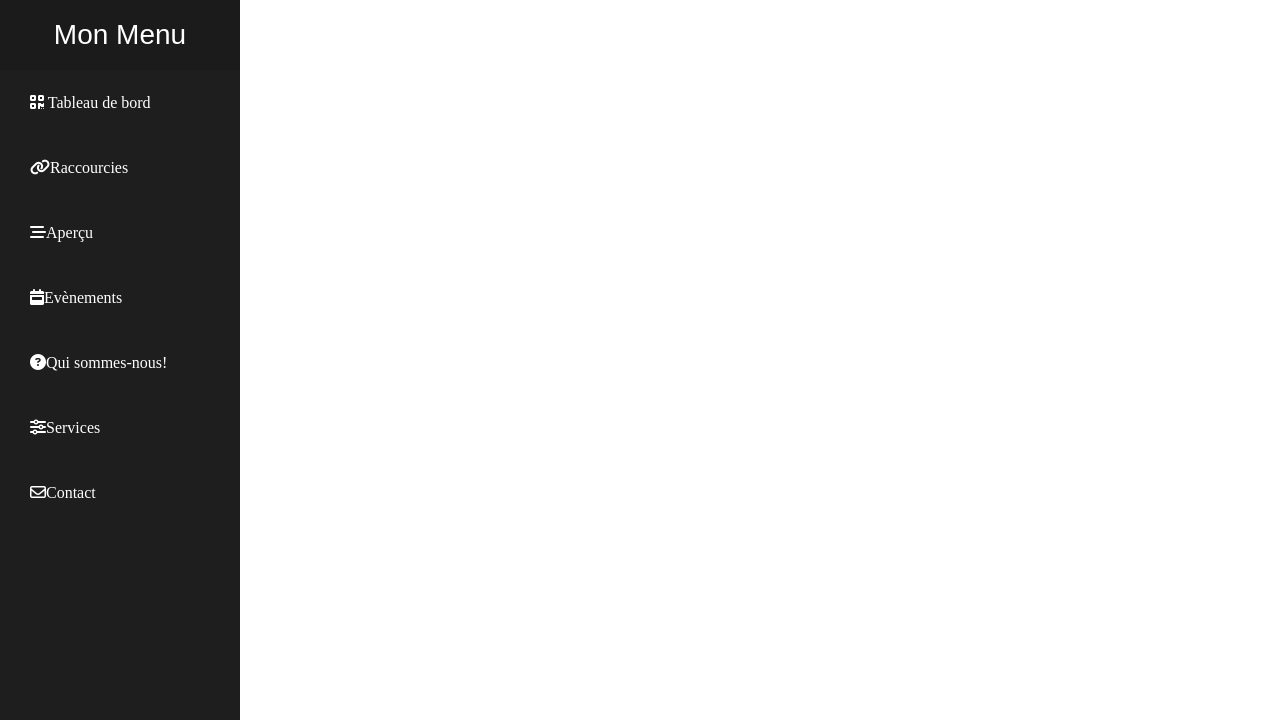
Repository: Alex-Serky/Dossier-Nav
Page: Nav-Responsive/index.html
The author's editor kept a copy of each file at every save. The page is drawn from the files as they stood at one save, then again after the next save.
The browser window is 1280 px wide. The pictures show the whole page.
Some web fonts or font styles are not loaded; a fallback is used. Some web libraries are served in a nearby version.

Above is the page before, as saved 2020-02-21 19:14:55.

### Nav-Responsive/index.html
<!DOCTYPE html>
<html lang="en">

<head>
    <meta charset="UTF-8">
    <meta name="viewport" content="width=device-width, initial-scale=1.0">
    <link rel="stylesheet" href="style.css">
    <script src="https://kit.fontawesome.com/a076d05399.js"></script>
    <title>Responsive Sidebar Menu</title>
</head>

<body>
    <div class="sidebar">
        <header>Mon Menu</header>
        <a href="#"><i class="fas fa-qrcode"></i>
            <span>Tableau de bord</span>
        </a>
        <a href="#"><i class="fas fa-link"></i><span>Raccourcies</span></a>
        <a href="#"><i class="fas fa-stream"></i><span>Aperçu</span></a>
        <a href="#"><i class="fas fa-calendar-week"></i><span>Evènements</span></a>
        <a href="#"><i class="fas fa-question-circle"></i><span>Qui sommes-nous!</span></a>
        <a href="#"><i class="fas fa-sliders-h"></i><span>Services</span></a>
        <a href="#"><i class="far fa-envelope"></i><span>Contact</span></a>
    </div>
</body>

</html>

### Nav-Responsive/style.css
@import url('https: //fonts.googleapis.com/css?family=Montserrat:600|Roboto:400');

* {
    margin: 0;
    padding: 0;
    text-decoration: none;
}

.sidebar {
    position: fixed;
    width: 240px;
    height: 100%;
    background: #1e1e1e;
}

.sidebar header {
    color: white;
    font-size: 28px;
    line-height: 70px;
    text-align: center;
    user-select: none;
    background: #1b1b1b;
    font-family: 'Montserrat', sans-serif;
}

.sidebar a {
    display: block;
    color: white;
    height: 65px;
    line-height: 65px;
    padding-left: 30px;
}

After the next save:
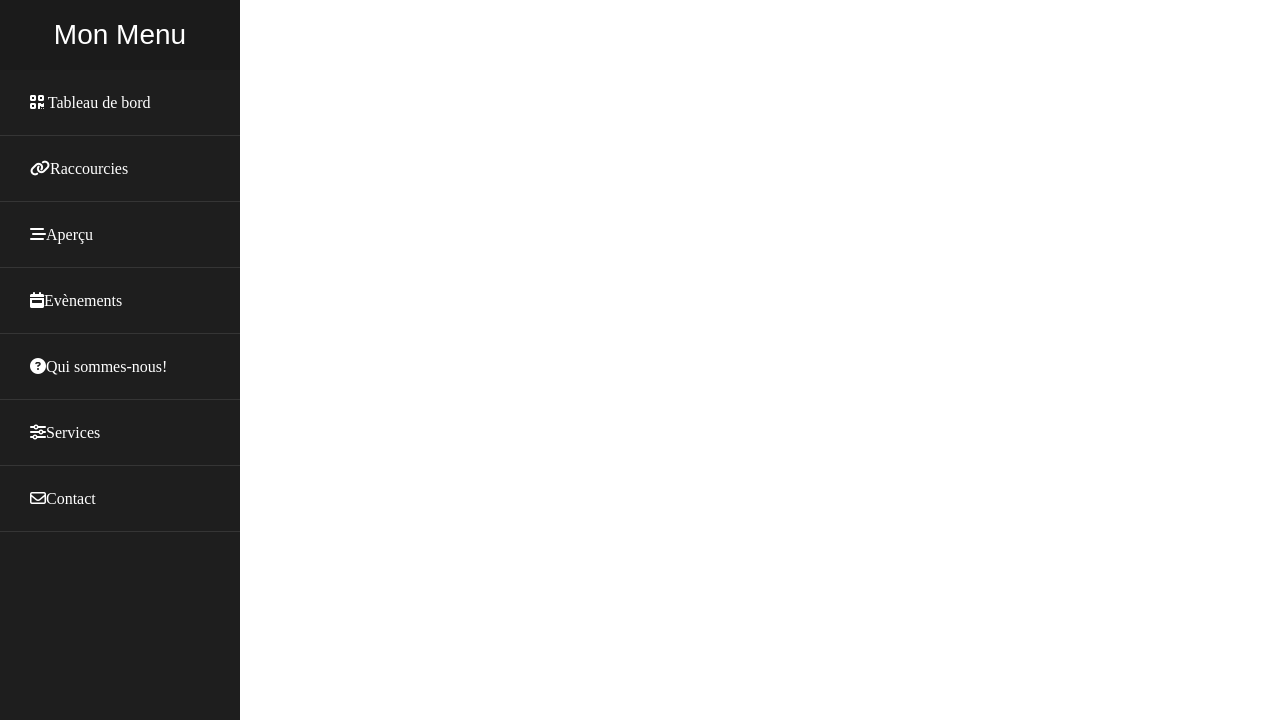
Saved 2 min 18 s later.
--- a/Nav-Responsive/style.css
+++ b/Nav-Responsive/style.css
@@ -27,6 +27,8 @@
     display: block;
     color: white;
     height: 65px;
+    width: 100%;
     line-height: 65px;
     padding-left: 30px;
+    border-bottom: 1px solid rgba(255, 255, 255, .1);
 }
